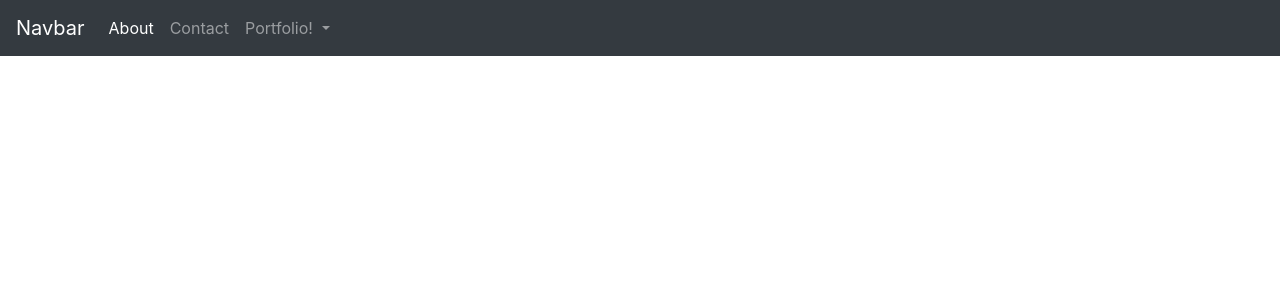
Repository: LiamB123/LiamBrowne.com.github.io
Page: index.html
The author's editor kept a record of every edit. The page is drawn from the files as they stood at one moment, then again after the next edit.
The browser window is 1280 px wide. The pictures show the whole page.

Above is the page before.

After the next edit:
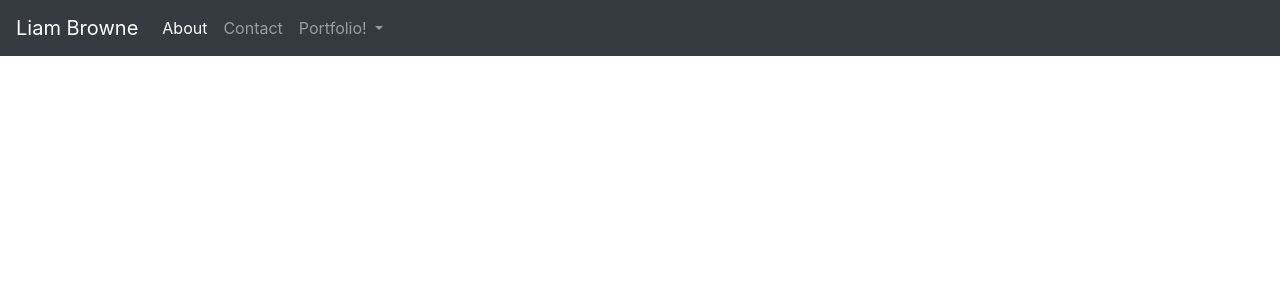
The edit:
--- a/index.html
+++ b/index.html
@@ -24,7 +24,7 @@
 
 
 <nav class="navbar navbar-expand-lg navbar-dark bg-dark">
-  <a class="navbar-brand" href="#">Navbar</a>
+  <a class="navbar-brand" href="#">Liam Browne </a>
   <button class="navbar-toggler" type="button" data-toggle="collapse" data-target="#navbarSupportedContent" aria-controls="navbarSupportedContent" aria-expanded="false" aria-label="Toggle navigation">
     <span class="navbar-toggler-icon"></span>
   </button>
